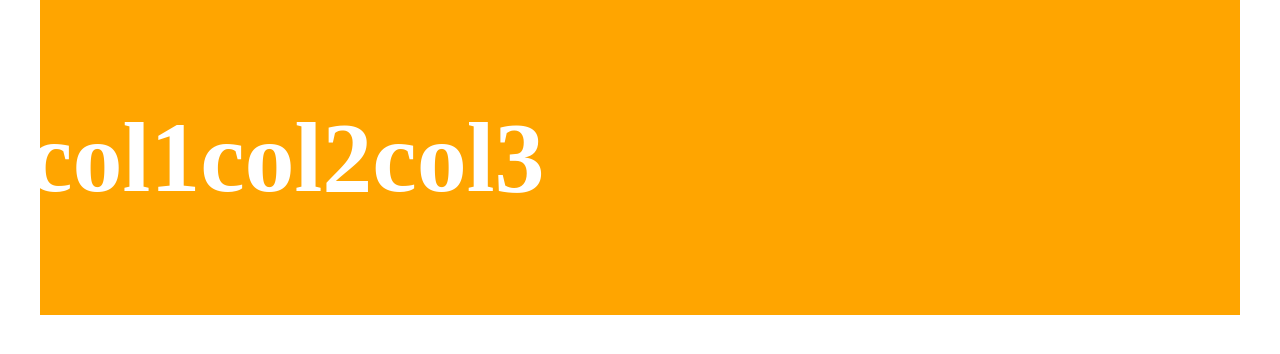
Repository: longtn213/Frond_end_HTML-CSS
Page: Front-End/DemoGrid/index.html
An editor plug-in stored every save of this project. The page is shown before and after the next save, followed by the edit.
The browser window is 1280 px wide. The pictures show the whole page.

Above is the page before, as saved 2021-09-21 15:31:29.

### Front-End/DemoGrid/index.html
<!DOCTYPE html>
<html lang="en">
<head>
    <meta charset="UTF-8">
    <meta http-equiv="X-UA-Compatible" content="IE=edge">
    <meta name="viewport" content="width=device-width, initial-scale=1.0">
    <title>Document</title>
    <link rel="stylesheet" href="./grid.css">
    <style>
        body{
            margin: 0;
        }
        .container{
            background-color: orange;
            text-align: center;

        }
        h1{
            padding: 100px 0;
            font-size: 100px;
            color: #fff;
            margin: 0;
        }
    </style>
</head>
<body>
    <div class="grid wide container">
        <div class="row">
            <h1>col1</h1>
            <h1>col2</h1>
            <h1>col3</h1>
        </div>
    </div>
</body>
</html>

### Front-End/DemoGrid/grid.css
.grid{
    width: 100%;
    /* dùng tính chất block để cho những thẻ ko có tính chất block */
    display: block;
    padding: 0;
}

.grid.wide{
    max-width: 1200px;
    margin: 0 auto;
}

.row{
    display: flex;
    flex-wrap: wrap;
    margin-left: -4px;
    margin-right: -4px;
}

/* Tablet -PC low resolution */
@media (min-width: 740px) and (max-width: 1023px) {
    .wide{
        width: 644px;
    }
}
/* > Tablet  */
@media (min-width: 740px) {
    .row{
        margin-left: -8px;
        margin-right: -8px;
    }
}
/* > PC low resolution  */
@media (min-width: 1113px) {
    .row{
        margin-left: -12px;
        margin-right: -12px;
    }
}

/*PC low resolution >*/
@media (min-width: 1024px) and (max-width: 1239px) {
    .wide{
        width: 984px;
    }
    .wide.row{
        margin-left: -12px;
        margin-right: -12px;
    }
}

After the next save:
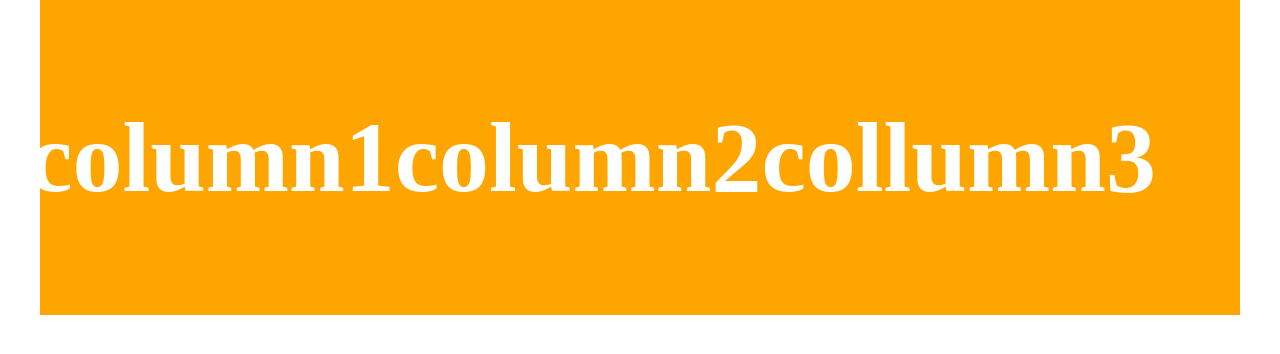
Saved 43 s later.
--- a/Front-End/DemoGrid/index.html
+++ b/Front-End/DemoGrid/index.html
@@ -26,9 +26,9 @@
 <body>
     <div class="grid wide container">
         <div class="row">
-            <h1>col1</h1>
-            <h1>col2</h1>
-            <h1>col3</h1>
+            <h1>column1</h1>
+            <h1>column2</h1>
+            <h1>collumn3</h1>
         </div>
     </div>
 </body>
